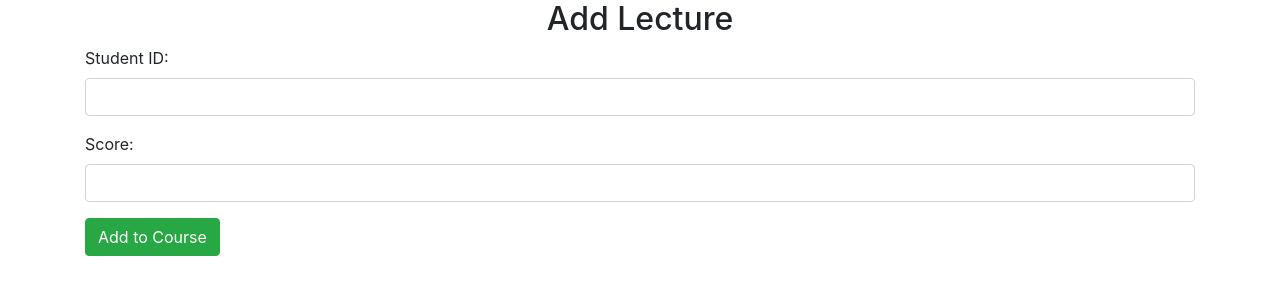
Repository: USTriett/Java-Servlet-JDBC-JSP-
Page: http://localhost/StudentManageServlet/WebContent/AddStudentIntoCourse.jsp
An editor plug-in stored every save of this project. The page is shown before and after the next save, followed by the edit.
The browser window is 1280 px wide. The pictures show the whole page.
The page is served by Tomcat 9.

Above is the page before, as saved 2023-04-19 19:52:07.
Console error: TypeError: Cannot set properties of null (setting 'value')

After the next save:
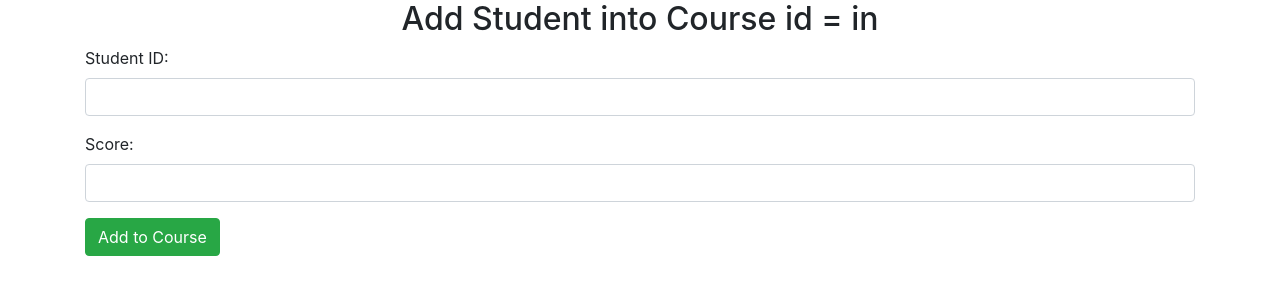
Saved 92 s later.
--- a/StudentManageServlet/src/main/webapp/WebContent/AddStudentIntoCourse.jsp
+++ b/StudentManageServlet/src/main/webapp/WebContent/AddStudentIntoCourse.jsp
@@ -24,7 +24,7 @@
 	<div class="container">
 		<div class="panel panel-primary">
 			<div class="panel-heading">
-				<h2 class="text-center">Add Lecture</h2>
+				<h2 class="text-center">Add Student into Course id = ${id} in ${year}</h2>
 			</div>
 			<div class="panel-body">
 				<form method="post" accept-charset="utf-8">
